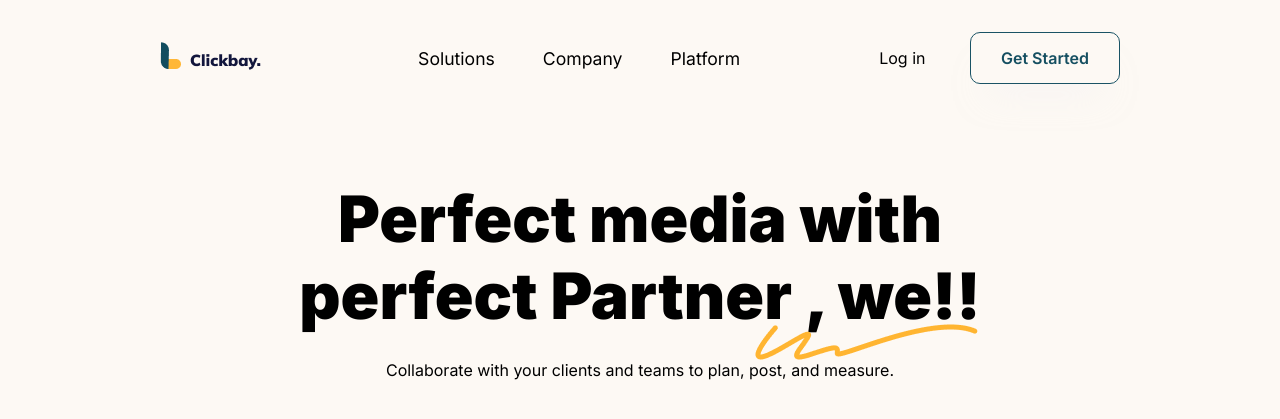
Repository: badhon252/Clickbay
Page: index.html
An editor plug-in stored every save of this project. The page is shown before and after the next save, followed by the edit.
The browser window is 1280 px wide. The pictures show the whole page.
The style sheet was rebuilt from its Sass, Less or Tailwind sources for each picture, by a compiler version that may differ from the author's.

Above is the page before, as saved 2022-09-04 00:20:09.

After the next save:
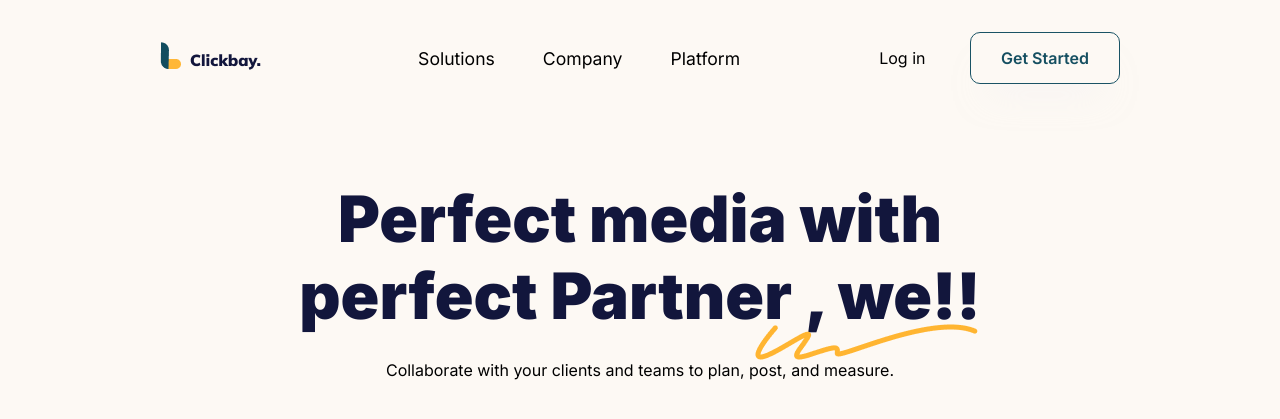
Saved 24 s later.
--- a/scss/style.scss
+++ b/scss/style.scss
@@ -78,6 +78,7 @@
   .h1 {
     font-weight: 900;
     margin-bottom: -0.6rem;
+    color: #12163c;
   }
   .signature {
     display: block;
